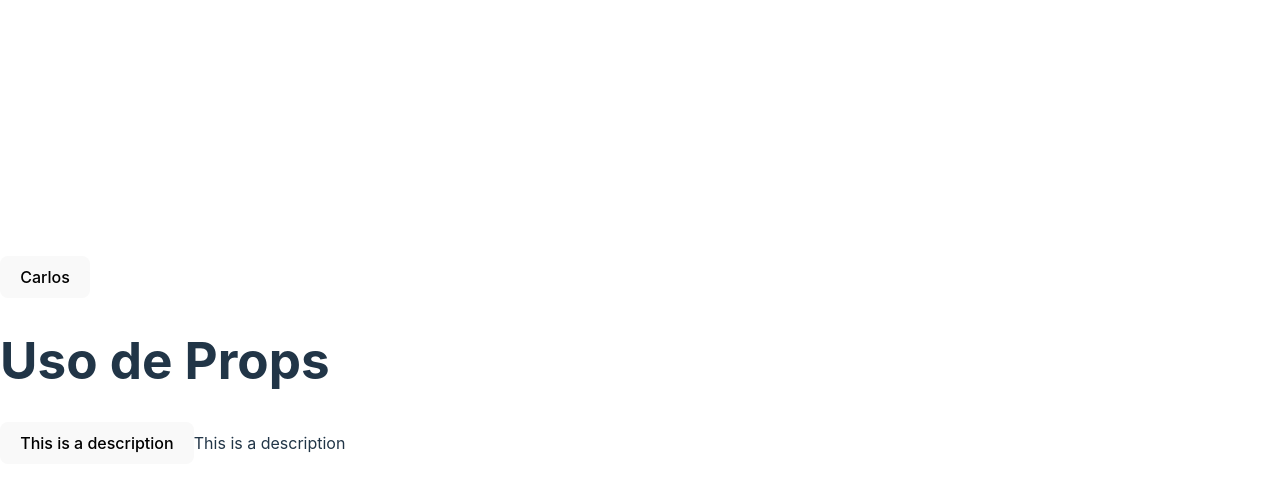
Repository: ikabeee/shopping-car
Page: /
An editor plug-in stored every save of this project. The page is shown before and after the next save, followed by the edit.
The browser window is 1280 px wide. The pictures show the whole page.
The project was rebuilt for these pictures with package versions that can differ from the ones it lists, and the page was loaded fresh each time. Also part of the build but not shown: vite.config.ts.

Above is the page before, as saved 2024-10-17 14:46:35.

After the next save:
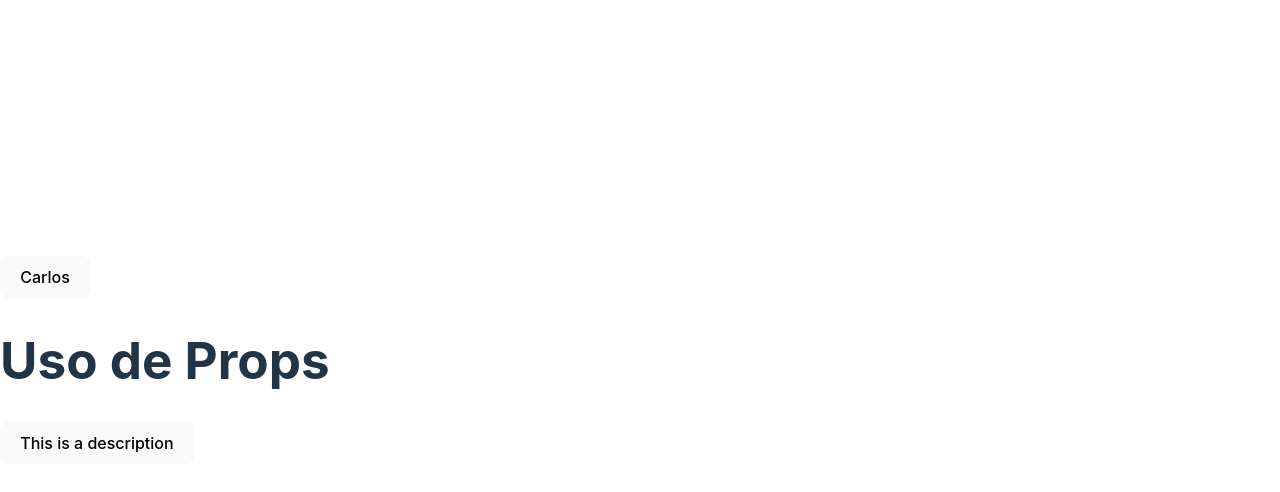
Saved 6 s later.
--- a/src/components/ButtonProps.tsx
+++ b/src/components/ButtonProps.tsx
@@ -11,7 +11,6 @@ const ButtonProps = ({description, disable}:ButtonProps) => {
         <>
         <h1>Uso de Props</h1>
         <button>{description}</button>
-        {description}
         </>
 
     )
